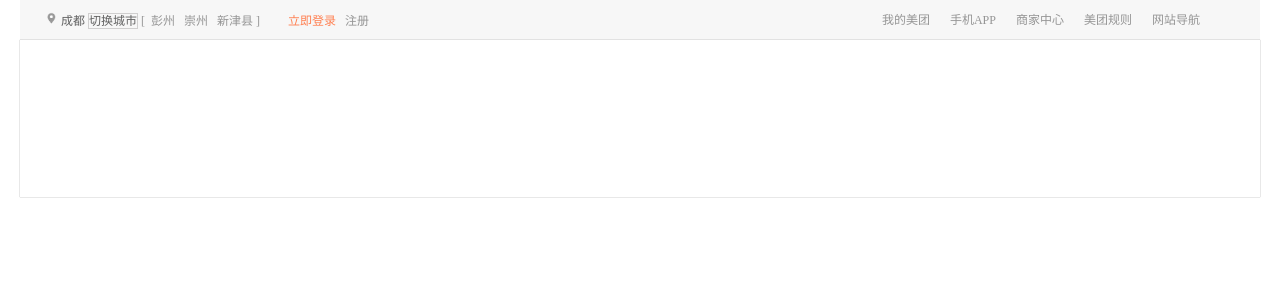
Repository: buddy-fallinlove/Meituan
Page: /
An editor plug-in stored every save of this project. The page is shown before and after the next save, followed by the edit.
The browser window is 1280 px wide. The pictures show the whole page.
The project was rebuilt for these pictures with package versions that can differ from the ones it lists, and the page was loaded fresh each time. Also part of the build but not shown: vue.config.js.

Above is the page before, as saved 2020-08-20 17:53:39.

### src/main.js
import Vue from 'vue'
import App from './App.vue'
import router from './router'
import store from './store'
//引入axios
import axios from './http'
Vue.config.productionTip = false
    //引入封装的全局方法
import api from './http/api.js'
Vue.prototype.$axios = axios
    //引入api.js
Vue.prototype.$api = api
    // 引入ElementUI
import ElementUI from 'element-ui';
import 'element-ui/lib/theme-chalk/index.css';
Vue.use(ElementUI);
new Vue({
    router,
    store,
    render: h => h(App)
}).$mount('#app')

### src/App.vue
<template>
  <div id="app">
    <router-view/>
  </div>
</template>

<style lang="scss">
@import "./style/css.类名_20200524144523"
</style>

### src/router/index.js
import Vue from 'vue'
import VueRouter from 'vue-router'
import Home from '../views/Home.vue'
import layout from '../views/layout.vue'
Vue.use(VueRouter)

const routes = [{
    path: '/',
    name: 'layout',
    component: layout,
    children: [{
            path: '',
            name: 'Home',
            component: Home
        }

    ]
}]

const router = new VueRouter({
    mode: 'history',
    base: process.env.BASE_URL,
    routes
})

export default router

### src/http/index.js
import axios from 'axios'
import qs from 'qs'
// import { Loading, } from 'element-ui'
import store from '../store/index'
// let loading = null


// 判断当前环境是生产环境还是开发环境
// process.env.NODE_ENV的值决定当前环境
// production为生产环境 development为开发环境
const isProduction = process.env.NODE_ENV === 'production'

// 创建axios配置对象
const service = axios.create()

// 接口基础路径
service.defaults.baseURL = isProduction ? 'http://49.233.66.125:5050/v1' : '/api'

// 超时时间
service.defaults.timeout = 10000
    // 请求头类型
    // service.defaults.headers.post['Content-Type'] = 'application/x-www-form-urlencoded'

// 请求拦截器
service.interceptors.request.use(config => {
    if (!store.state.cancelLoad) {
        store.state.loading = true
    }
    // loading = Loading.service({
    //     text: '正在加载中......'
    // })
    let token = localStorage.getItem('adminToken')
        // 每次请求 都在请求头带上token
    if (token) {
        config.headers['Authorization'] = 'Bearer ' + token
    }
    return config
}, err => {
    console.log(err)
    return Promise.reject(err)
})

// 响应拦截器
service.interceptors.response.use(response => {
    setTimeout(() => {
            store.state.loading = false
        }, 500)
        // if (loading) {
        //     loading.close()
        // }
    return response.data
}, err => {
    // if (err.response.status === 401) {
    //     Message.error(err.response.data.msg)
    // }
})

service.req = function(...params) {
    if (params.length === 1) {
        return service.get(params[0])
    }
    if (params.length === 2) {
        return service.post(params[0], qs.stringify(params[1]))
    }
}

export default service

### src/http/api.js
import service from './index'


export default {
    // 获取定位
    getposition() {
        return service.req('/position')
    },
    // 获取所有省份
    getprovince() {
        return service.req('/province')
    },

    // 获取省份所有城市
    getcitys(id) {
        return service.req(`/citys?id=${id}`)
    }








































































}

### src/style/css.类名_20200524144523.css
/* 同一行排列 */

.d-f {
    display: flex;
}


/* 占比 */

.f1 {
    flex: 1;
}

.f2 {
    flex: 2;
}


/* 垂直居中  水平居中 */

.j-c-c {
    justify-content: center;
}

.a-i-c {
    align-items: center;
}


/* 两边有间距  两边无间距  中间自动等分*/

.j-c-s-a {
    justify-content: space-around;
}

.j-c-s-b {
    justify-content: space-between;
}


/* 换行 */

.f-w-w {
    flex-wrap: wrap;
}


/* 内容不换行 */

.w-s-n {
    white-space: nowrap;
}


/* 超出部分隐藏 */

.o-h {
    overflow: hidden;
}


/* 超出部分显示省略号 */

.t-e-n {
    text-emphasis: none
}


/* 同一行竖向排列 */

.f-d-c {
    display: flex;
    flex-direction: column;
}


/* 悬浮小手 */

.h-c-p {
    cursor: pointer;
}


/* 外边距margin 上下左右4个方向*/

.m1 {
    margin: 10px;
}

.m2 {
    margin: 20px;
}

.m3 {
    margin: 30px;
}


/* 上边距margin：top */

.m-t1 {
    margin-top: 10px;
}

.m-t2 {
    margin-top: 20px;
}

.m-t3 {
    margin-top: 30px;
}


/* 下边距margin：bottom */

.m-b1 {
    margin-bottom: 10px;
}

.m-b2 {
    margin-bottom: 20px;
}

.m-b3 {
    margin-bottom: 30px;
}


/* 左边距margin：left */

.m-l1 {
    margin-left: 10px;
}

.m-l2 {
    margin-left: 20px;
}

.m-l3 {
    margin-left: 30px;
}


/* 右边距margin：right */

.m-r1 {
    margin-right: 10px;
}

.m-r2 {
    margin-right: 20px;
}

.m-r3 {
    margin-right: 30px;
}


/* 内边距padding-top bottom left right上下左右4个方向 */

.p1 {
    padding: 10px;
}

.p2 {
    padding: 20px;
}

.p3 {
    padding: 30px;
}


/* 边框实线border-solid */

.b-s-r {
    border: 1px solid red;
}


/* 边框虚线border-dashed */

.b-d-r {
    border: 1px dashed red;
}


/* 背景颜色 */

.b-c-r {
    background-color: red;
}

.b-c-b {
    background-color: black;
}

.b-c-c {
    background-color: #ccc;
}

.b-c-c {
    background-color: #fff;
}


/* 字体大小 */

.f-s12 {
    font-size: 12px;
}

.f-s14 {
    font-size: 14px;
}

.f-s18 {
    font-size: 18px;
}

.f-s20 {
    font-size: 20px;
}

.f-s22 {
    font-size: 22px;
}

.f-s24 {
    font-size: 24px;
}


/* 字体加粗 */

.f-w {
    font-weight: 700;
}


/* 隐藏上下左右边框 */

.b-t-n {
    border-top: none;
}

.b-b-n {
    border-bottom: none;
}

.b-l-n {
    border-left: none;
}

.b-r-n {
    border-right: none;
}


/* 圆50% */

.b-r {
    border-radius: 50%;
}


/* 同一行排列  居中 */

.container {
    display: flex;
    justify-content: center;
}


/* 宽1280px */

.warp {
    width: 1280px;
}


/* 取消边距 */

* {
    margin: 0;
    padding: 0;
}


/* 悬浮 */

.hover:hover {
    cursor: pointer;
    color: #eee;
}

.nb:hover {
    cursor: pointer;
}

.c {
    color: white;
}

.van-index-bar__index {
    margin-top: 5px;
}

.van-tabs__line {
    z-index: 0;
}

### src/views/Home.vue
<template>
 <div>
 </div>
</template>

<script>
 export default {
   name: '',
   props: {
   },
   components: {

   },
   data () {
     return {

     }
   },
   methods: {

   },
   mounted() {

   },
   watch: {

   },
   computed: {

   }
 }
</script>

<style scoped lang='scss'>

</style>

### src/views/layout.vue
<template>
  <div>
<el-container>

  <!--头部 -->
  <el-header>
 <div>
  <top></top>
  </div>
  </el-header>
<router-view></router-view>
<!--下面-->
  <el-main>
  <div>

  </div>
  </el-main>
</el-container>
  </div>
</template>

<script>
import top from '../components/layout1/top'
export default {
  name: "",
  props: {},
  components: {
    top,
  },
  data() {
    return {};
  },
  methods: {},
  mounted() {},
  watch: {},
  computed: {},
};
</script>

<style scoped lang='scss'>
</style>

### src/components/layout1/top.vue
<template>
  <div>
    <div class="header-bar">
      <div class="header-bar-position">
        <span class="position-name">
          <img class="location" src="../../assets/location.png" />
          成都
          <a class="change-position" href="https://www.meituan.com/changecity/">切换城市</a>
        </span>
        <span class="neighborhood">
          [&nbsp;
          <a href="https://xianyang.meituan.com/">彭州</a>&nbsp;&nbsp;
          <a href="https://gaoling.meituan.com/">崇州</a>&nbsp;&nbsp;
          <a href="https://jingyangxian.meituan.com/">新津县</a>&nbsp;]
        </span>
      </div>

      <div class="user-entry">
        <a
          class="login"
          href="https://passport.meituan.com/account/unitivelogin?service=www&continue=https%3A%2F%2Fwww.meituan.com%2Faccount%2Fsettoken%3Fcontinue%3Dhttps%253A%252F%252Fjingyangxian.meituan.com%252F"
          target="_blank"
        >立即登录</a>&nbsp;&nbsp;
        <a
          href="https://passport.meituan.com/account/unitivesignup?service=www&continue=https%3A%2F%2Fwww.meituan.com%2Faccount%2Fsettoken%3Fcontinue%3Dhttps%253A%252F%252Fjingyangxian.meituan.com%252F"
          target="_blank"
        >注册</a>
      </div>

      <nav class="header-bar-nav">
        <ul class="header-nav-first">
          <li class="has-child">
            <a
              href="https://passport.meituan.com/account/unitivelogin?service=www&continue=https%3A%2F%2Fwww.meituan.com%2Faccount%2Fsettoken%3Fcontinue%3Dhttp%253A%252F%252Fwww.meituan.com%252Faccount%252Fuserinfo%252F"
              target="_blank"
            >
              我的美团
              <ul class="header-nav-my_header-nav-second">
                <li>
                  <a
                    href="https://passport.meituan.com/account/unitivelogin?service=www&continue=https%3A%2F%2Fwww.meituan.com%2Faccount%2Fsettoken%3Fcontinue%3Dhttp%253A%252F%252Fwww.meituan.com%252Forders%252F"
                    target="_blank"
                  >我的订单</a>
                </li>
                <li>
                  <a
                    href="https://passport.meituan.com/account/unitivelogin?service=www&continue=https%3A%2F%2Fwww.meituan.com%2Faccount%2Fsettoken%3Fcontinue%3Dhttp%253A%252F%252Fwww.meituan.com%252Fcollections%252F"
                    target="_blank"
                  >我的收藏</a>
                </li>
                <li>
                  <a
                    href="https://passport.meituan.com/account/unitivelogin?service=www&continue=https%3A%2F%2Fwww.meituan.com%2Faccount%2Fsettoken%3Fcontinue%3Dhttp%253A%252F%252Fwww.meituan.com%252Fvouchers%252F"
                    target="_blank"
                  >抵用券</a>
                </li>
                <li>
                  <a
                    href="https://passport.meituan.com/account/unitivelogin?service=www&continue=https%3A%2F%2Fwww.meituan.com%2Faccount%2Fsettoken%3Fcontinue%3Dhttp%253A%252F%252Fwww.meituan.com%252Faccount%252Fsettings"
                    target="_blank"
                  >账户设置</a>
                </li>
              </ul>
            </a>
          </li>

          <li class="has-child">
            <a href="https://i.meituan.com/mobile/down/meituan" target="_blank">手机APP</a>
          </li>

          <li class="has-child">
            <a>
              商家中心
              <ul class="header-nav-merchant_header-nav-second">
                <li>
                  <a
                    href="https://e.meituan.com/meishi/epassport/login?service=com.sankuai.meishi.fe.ecom&continue=https%3A%2F%2Fe.meituan.com%2Fmeishi%2Fepassport%2Ftoken%3Ftarget%3Dhttps%253A%252F%252Fe.meituan.com%252Fmeishi%252F"
                    target="_blank"
                  >登录商家中心</a>
                </li>
                <li>
                  <a
                    href="https://rms.meituan.com/?utm_source=inner&utm_medium=mtpcsjzx"
                    target="_blank"
                  >美团智能收银</a>
                </li>
                <li>
                  <a
                    href="https://bizvisualmeishi.meituan.com/bizsettle/settle/merchantsSettle?utm_source=mt_C_my"
                    target="_blank"
                  >我想合作</a>
                </li>
                <li>
                  <a href="https://e.meituan.com/mobile/" target="_blank">手机免费开店</a>
                </li>
                <li>
                  <a href="https://daili.meituan.com/?comeFrom=mtwebMenu" target="_blank">餐饮代理商招募</a>
                </li>
                <li>
                  <a href="https://pc.meituan.com/?activity_code=mtpcdh" target="_blank">商家申请开票</a>
                </li>
                <li>
                  <a
                    href="https://paidui.meituan.com/?activity_code=168_00038141"
                    target="_blank"
                  >免费合作美团排队</a>
                </li>
              </ul>
            </a>
          </li>

          <li class="has-child">
            <a>
              美团规则
              <ul class="header-nav-rules_header-nav-second">
                <li>
                  <a href="https://rules-center.meituan.com" target="_blank">规则中心</a>
                </li>
                <li>
                  <a href="https://rules-center.meituan.com/rules" target="_blank">规则目录</a>
                </li>
                <li>
                  <a href="https://rules-center.meituan.com/advices" target="_blank">规则评议院</a>
                </li>
              </ul>
            </a>
          </li>

          <li class="has-child">
            <a>网站导航</a>
            <div class="header-nav-site_header-nav-second">
              <dl class="header-nav-jiulv_header-nav-third">
                <dt>酒店旅游</dt>
                <div class="wwwqqq">
                  <dd>
                    <a href target="_blank">国际机票</a>
                  </dd>
                  <dd>
                    <a href target="_blank">火车票</a>
                  </dd>
                  <dd>
                    <a href target="_blank">榛果民俗</a>
                  </dd>
                  <dd>
                    <a href target="_blank">经济型酒店</a>
                  </dd>
                  <dd>
                    <a href target="_blank">主题酒店</a>
                  </dd>
                  <dd>
                    <a href target="_blank">商务酒店</a>
                  </dd>
                  <dd>
                    <a href target="_blank">公寓</a>
                  </dd>
                  <dd>
                    <a href target="_blank">豪华酒店</a>
                  </dd>
                  <dd>
                    <a href target="_blank">客栈</a>
                  </dd>
                  <dd>
                    <a href target="_blank">青年旅舍</a>
                  </dd>
                  <dd>
                    <a href target="_blank">度假酒店</a>
                  </dd>
                  <dd>
                    <a href target="_blank">别墅</a>
                  </dd>
                  <dd>
                    <a href target="_blank">农家院</a>
                  </dd>
                </div>
              </dl>
              <dl class="header-nav-food-nav-third">
                <dt>吃美食</dt>
                <div class="wwwqqq">
                  <dd>
                    <a href target="_blank">烤鱼</a>
                  </dd>
                  <dd>
                    <a href target="_blank">特色小吃</a>
                  </dd>
                  <dd>
                    <a href target="_blank">烧烤</a>
                  </dd>
                  <dd>
                    <a href target="_blank">自助餐</a>
                  </dd>
                  <dd>
                    <a href target="_blank">火锅</a>
                  </dd>
                  <dd>
                    <a href target="_blank">代金券</a>
                  </dd>
                </div>
              </dl>
              <dl class="header-nav-movie-nav-third">
                <dt>看电影</dt>
                <div class="wwwqqq">
                  <dd>
                    <a href target="_blank">热映电影</a>
                  </dd>
                  <dd>
                    <a href target="_blank">热门影院</a>
                  </dd>
                  <dd>
                    <a href target="_blank">热映电影口碑榜</a>
                  </dd>
                  <dd>
                    <a href target="_blank">最受期待电影</a>
                  </dd>
                  <dd>
                    <a href target="_blank">国内票房榜</a>
                  </dd>
                  <dd>
                    <a href target="_blank">北美票房榜</a>
                  </dd>
                  <dd>
                    <a href target="_blank">电影排行榜</a>
                  </dd>
                </div>
              </dl>
              <dl class="header-nav-mobile_app-nav-third">
                <dt>手机应用</dt>
                <div class="wwwqqq">
                  <dd>
                    <a href="https://i.meituan.com/mobile/down/meituan" target="_blank">
                      <img class="app-icon" src="../../assets/1(1).png" />
                    </a>
                  </dd>
                  <dd>
                    <a href="https://waimai.meituan.com/mobile/download/default" target="_blank">
                      <img class="app-icon" src="../../assets/2(1).png" />
                    </a>
                  </dd>
                  <dd>
                    <a href="https://phoenix.meituan.com/app/" target="_blank">
                      <img class="app-icon" src="../../assets/3(1).png" />
                    </a>
                  </dd>
                  <dd>
                    <a href="https://www.dianping.com/app/download" target="_blank">
                      <img class="app-icon" src="../../assets/4.png" />
                    </a>
                  </dd>
                  <dd>
                    <a href="https://maoyan.com/app" target="_blank">
                      <img class="app-icon" src="../../assets/5.png" />
                    </a>
                  </dd>
                </div>
              </dl>
            </div>
          </li>
        </ul>
      </nav>
    </div>
    <div>
    <top></top>
    </div>
  </div>
</template>

<script>
import top from '../layout2/top.vue'
export default {
  name: "",
  props: {},
  components: {
    top
  },
  data() {
    return {};
  },
  methods: {},
  mounted() {},
  watch: {},
  computed: {},
};
</script>

<style scoped lang='scss'>
.wwwqqq {
  display: flex;
  flex-wrap: wrap;
  justify-content: center;
  align-items: center;
}
* {
  margin: 0;
  padding: 0;
}

body {
  width: 100%;
  min-width: 1280px;
}

.header-bar {
  background-color: #f7f7f7;
  height: 40px;
  line-height: 40px;
}

.user-entry,
.header-bar-position {
  display: inline;
  font-size: 12px;
}

a {
  text-decoration: none;
  color: rgba(22, 21, 21, 0.432);
  /* font-weight:600; */
}

.header-bar-position {
  margin: 0 25px;
}

.user-entry .login {
  color: coral;
}

.header-bar-nav {
  display: inline;
}

.change-position {
  border: 1px solid rgba(179, 176, 176, 0.555);
  color: rgba(0, 0, 0, 0.61);
}

.position-name {
  color: rgba(0, 0, 0, 0.61);
}

.location {
  width: 13px;
  height: auto;
}

.neighborhood {
  color: rgba(22, 21, 21, 0.432);
}

.header-nav-first {
  display: block;
  float: right;
  text-align: center;
  margin-right: 50px;
  font-size: 12px;
}

.has-child {
  position: relative;
  list-style-type: none;
  display: inline-block;
  padding: 0 10px;
}

.header-nav-my_header-nav-second {
  position: absolute;
  display: none;
  list-style-type: none;
  right: 0;
  padding: 0 10px;
  z-index: 99;
}

.header-nav-merchant_header-nav-second {
  position: absolute;
  display: none;
  list-style-type: none;
  right: 0;
  padding: 0 10px;
  width: 100px;
  z-index: 99;
}

.header-nav-rules_header-nav-second {
  position: absolute;
  display: none;
  list-style-type: none;
  right: 0;
  padding: 0 10px;
  z-index: 99;
}

.header-nav-site_header-nav-second {
  position: absolute;
  display: none;
  list-style-type: none;
  right: 0;
  padding: 0 40px;
  width: 1100px;
  height: 300px;
  z-index: 99;
  margin-bottom: 5px;
}

.has-child:nth-child(1):hover .header-nav-my_header-nav-second {
  display: block;
}

.has-child:nth-child(3):hover .header-nav-merchant_header-nav-second {
  display: block;
}

.has-child:nth-child(4):hover .header-nav-rules_header-nav-second {
  display: block;
}

.has-child:nth-child(5):hover .header-nav-site_header-nav-second {
  display: block;
}

.has-child:not(:nth-child(2)):hover,
.has-child:not(:nth-child(2)):hover ul,
.has-child:not(:nth-child(2)):hover div {
  background-color: rgb(253, 253, 253);
  box-shadow: 0 0 1px rgba(109, 108, 108, 0.432);
}

a:hover {
  color: coral;
  cursor: pointer;
}

.header-nav-jiulv_header-nav-third,
.header-nav-food-nav-third,
.header-nav-movie-nav-third,
.header-nav-mobile_app-nav-third {
  float: left;
  text-align: center;
  margin: 20px;
}

.header-nav-jiulv_header-nav-third {
  width: 250px;
}

.header-nav-jiulv_header-nav-third dd {
  width: 83px;
}

.header-nav-food-nav-third {
  width: 140px;
}

.header-nav-food-nav-third dd {
  width: 70px;
}

.header-nav-movie-nav-third {
  width: 110px;
}

.header-nav-movie-nav-third dd {
  width: 104px;
}

.header-nav-mobile_app-nav-third dt,
.header-nav-jiulv_header-nav-third dt,
.header-nav-food-nav-third dt,
.header-nav-movie-nav-third dt {
  font-size: 14px;
  margin-bottom: 5px;
}

.header-nav-mobile_app-nav-third {
  width: 400px;
}

.app-icon {
  width: 60px;
}
</style>

### src/components/layout2/top.vue
<template>
 <div>
  <div class="header-bar">

  </div>
 </div>
</template>

<script>
 export default {
   name: '',
   props: {
   },
   components: {

   },
   data () {
     return {

     }
   },
   methods: {

   },
   mounted() {

   },
   watch: {

   },
   computed: {

   }
 }
</script>

<style scoped lang='scss'>
* {
  margin: 0;
  padding: 0;
}

body {
  width: 100%;
  min-width: 1280px;
}
.header-bar {
  background-color: #ffffff;
  height: 157px;
  line-height: 157px;
  box-shadow: 0 0 1px rgb(121, 121, 121);
}
</style>

Loaded but not shown: public/index.html (common file); src/store/index.js (common file)

After the next save:
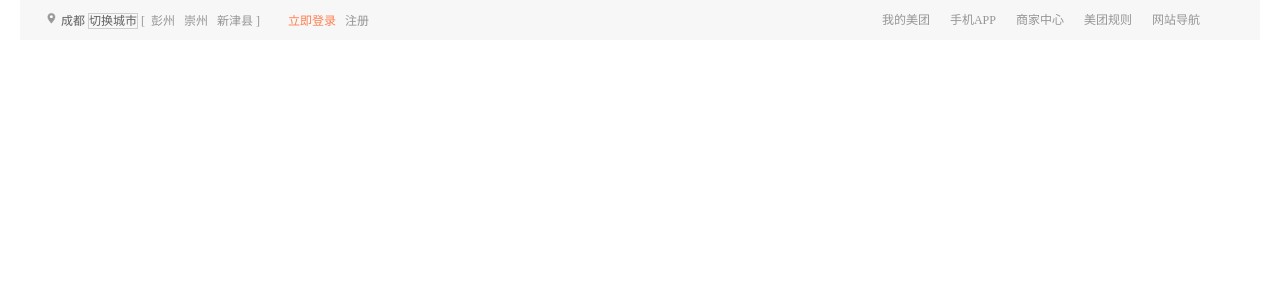
Saved 3 min 24 s later.
--- a/src/components/layout1/top.vue
+++ b/src/components/layout1/top.vue
@@ -1,5 +1,6 @@
 <template>
   <div>
+  <div></div>
     <div class="header-bar">
       <div class="header-bar-position">
         <span class="position-name">
@@ -258,18 +259,18 @@
       </nav>
     </div>
     <div>
-    <top></top>
+
     </div>
   </div>
 </template>
 
 <script>
-import top from '../layout2/top.vue'
+
 export default {
   name: "",
   props: {},
   components: {
-    top
+
   },
   data() {
     return {};
